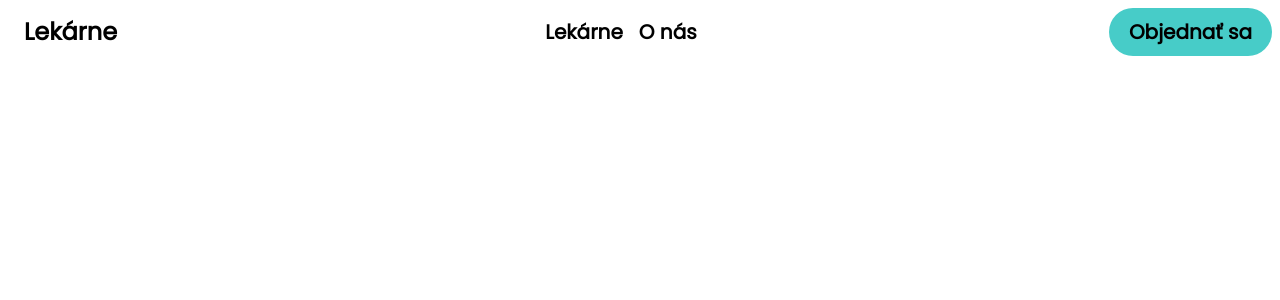
Repository: SimonSkoda13/Lekaren
Page: /version1
The author's editor kept a copy of each file at every save. The page is drawn from the files as they stood at one save, then again after a run of saves.
The browser window is 1280 px wide. The pictures show the whole page.
The project was rebuilt for these pictures with package versions that can differ from the ones it lists, and the page was loaded fresh each time. The framework's server and built-in components were replaced by stand-ins that run in the browser. Also part of the build but not shown: next.config.js.

Above is the page before, as saved 2023-04-22 16:46:20.

After the next 2 saves:
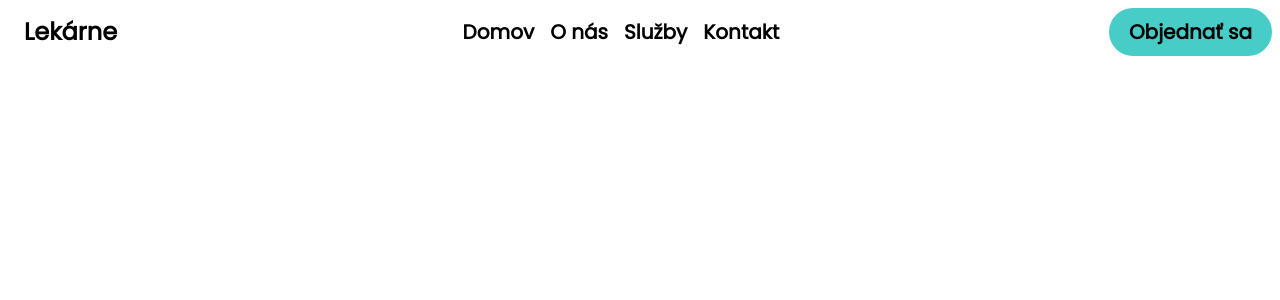
The 2 saves are shown as one change because they came seconds apart.
The last was saved 64 s later.
--- a/src/app/components/Header/Header.tsx
+++ b/src/app/components/Header/Header.tsx
@@ -11,10 +11,16 @@ export const Header = (props: HeaderProps) => {
         <h1 className="py-2 px-4 text-2xl font-bold">Lekárne</h1>
         <div className="py-2 px-4 flex gap-4 items-center mx-auto">
           <Link href="/lekaren">
-            <p className="text-xl font-bold">Lekárne</p>
+            <p className="text-xl font-bold">Domov</p>
           </Link>
           <Link href="/lekaren">
             <p className="text-xl font-bold">O nás</p>
+          </Link>
+          <Link href="/lekaren">
+            <p className="text-xl font-bold">Služby</p>
+          </Link>
+          <Link href="/lekaren">
+            <p className="text-xl font-bold">Kontakt</p>
           </Link>
         </div>
         {/* button order self */}
